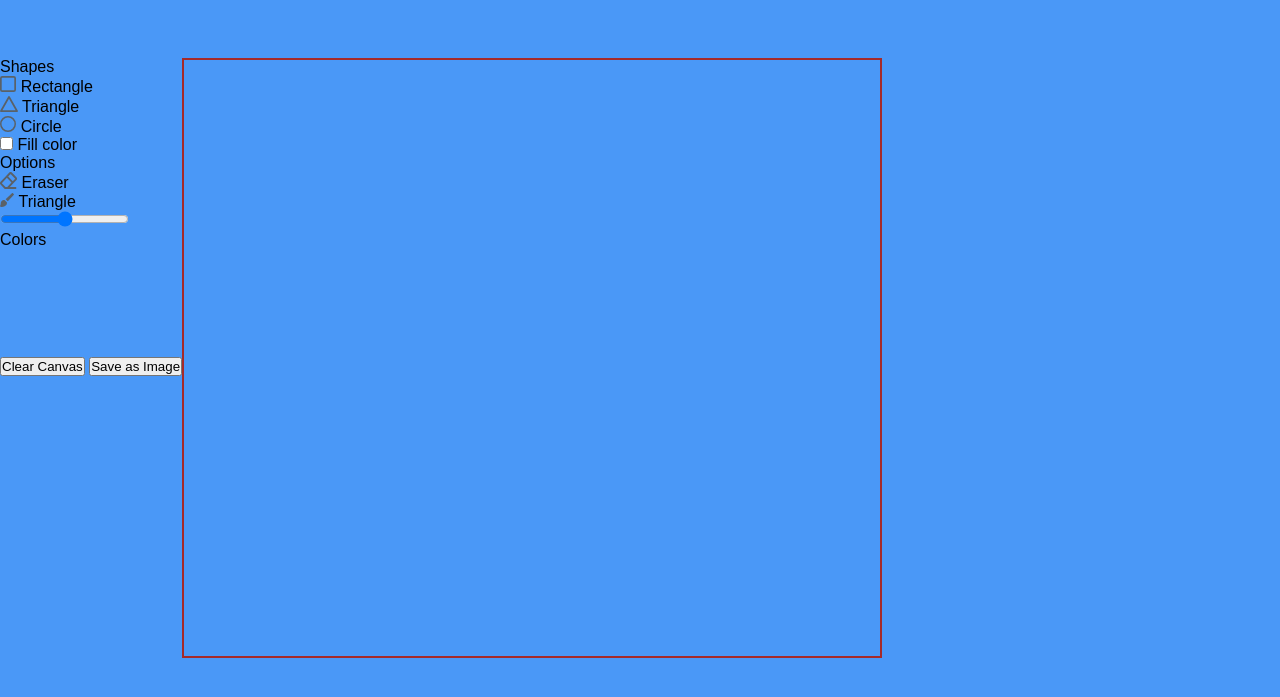
Repository: mdsajib50/Drawing-app
Page: index.html
These files come from the project's save history. The page is drawn as it stood at one moment and after the next save; the edit follows.
The browser window is 1280 px wide. The pictures show the whole page.

Above is the page before, as saved 2025-02-17 21:33:14.

After the next save:
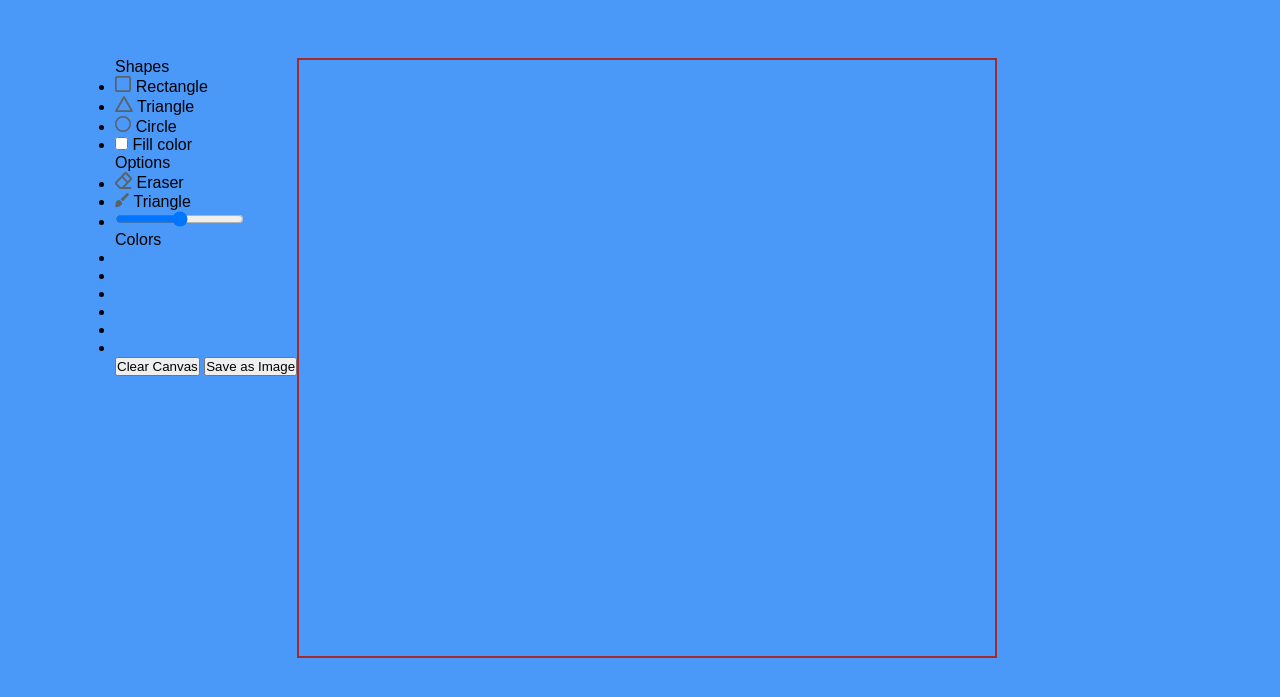
Saved 4 s later.
--- a/style.css
+++ b/style.css
@@ -15,7 +15,7 @@ body{
 .container{
     display: flex;
     width: 100%;
-    max-width: ;
+    max-width: 1050px;
 }
 canvas{
     width: 700px;
